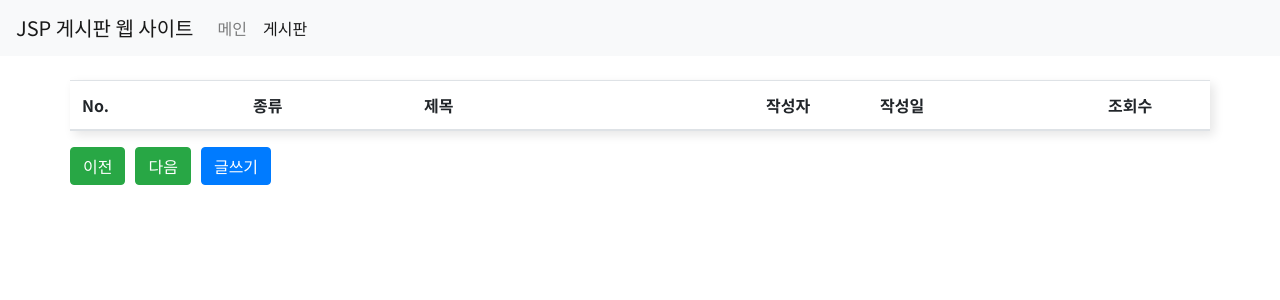
Repository: hz6450/2024-summer-jsp-notice-project
Page: http://localhost/BBS/BBS-QUESTION.jsp
The author's editor kept a copy of each file at every save. The page is drawn from the files as they stood at one save, then again after the next save.
The browser window is 1280 px wide. The pictures show the whole page.
Some web fonts or font styles are not loaded; a fallback is used. Some web libraries are served in a nearby version. The page is served by Tomcat 10. Queries for data that is not in the repository find no rows.

Above is the page before, as saved 2024-07-16 04:37:37.

After the next save:
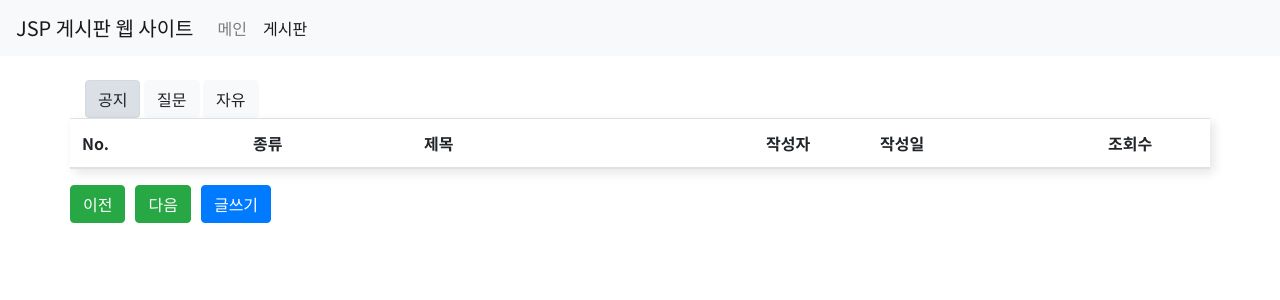
Saved 25 s later.
--- a/projects/BBS/src/main/webapp/BBS-QUESTION.jsp
+++ b/projects/BBS/src/main/webapp/BBS-QUESTION.jsp
@@ -63,6 +63,13 @@
 	</nav>
 
 	<div class="container mt-4">
+
+	        <div class="btn-container">
+            <button type="button" class="btn btn-light active">공지</button>
+            <button type="button" class="btn btn-light" onclick="location.href='BBS-QUESTION.jsp'">질문</button>
+            <button type="button" class="btn btn-light">자유</button>
+        </div>
+
 		<div class="row">
 			<table class="table table-striped" id="bbs-table">
 				<thead>

After the save that followed:
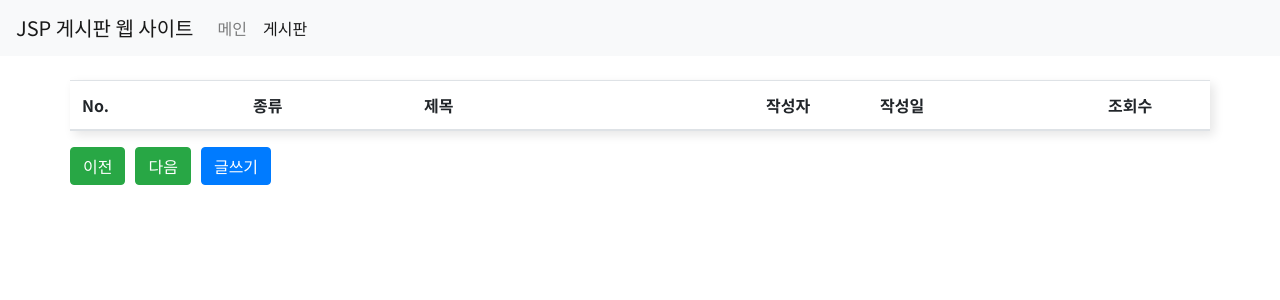
Saved 26 s later.
--- a/projects/BBS/src/main/webapp/BBS-QUESTION.jsp
+++ b/projects/BBS/src/main/webapp/BBS-QUESTION.jsp
@@ -63,13 +63,6 @@
 	</nav>
 
 	<div class="container mt-4">
-
-	        <div class="btn-container">
-            <button type="button" class="btn btn-light active">공지</button>
-            <button type="button" class="btn btn-light" onclick="location.href='BBS-QUESTION.jsp'">질문</button>
-            <button type="button" class="btn btn-light">자유</button>
-        </div>
-
 		<div class="row">
 			<table class="table table-striped" id="bbs-table">
 				<thead>
